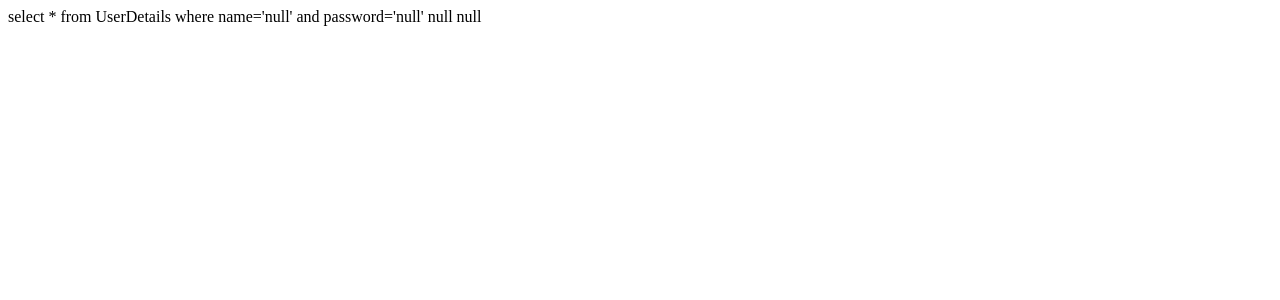
Repository: nikhilbad7/jsp-practicals
Page: http://localhost/classwork/Exp11login.jsp
An editor plug-in stored every save of this project. The page is shown before and after the next save, followed by the edit.
The browser window is 1280 px wide. The pictures show the whole page.
The page is served by Tomcat 9. The database holds what the project's SQL file puts in it.

Above is the page before, as saved 2018-04-10 20:30:28.
Console error: TypeError: window.location is not a function

After the next save:
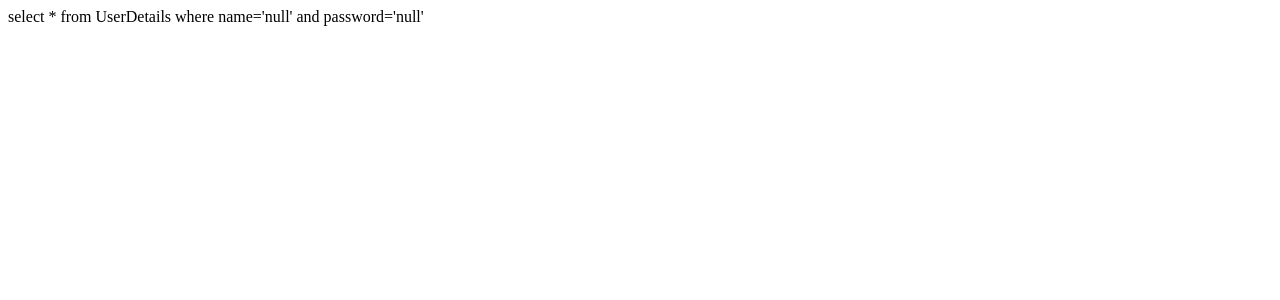
Saved 66 s later.
--- a/classwork/WebContent/Exp11login.jsp
+++ b/classwork/WebContent/Exp11login.jsp
@@ -36,9 +36,7 @@ while(rs.next()){
 	 namenew = rs.getString("name");
 	 passwordnew = rs.getString("password");
 }
-out.println(name);
 out.println(namenew);
-out.println(password);
 out.println(passwordnew);
 if((namenew.equals(name))&&(passwordnew.equals(password))){
 	%>
